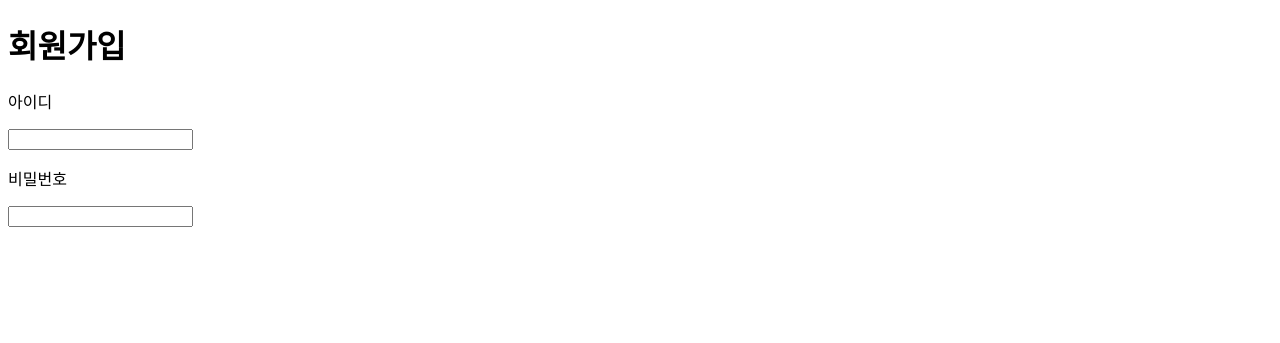
Repository: gihyun0801/post_project
Page: http://localhost/TodoList/signup
The author's editor kept a copy of each file at every save. The page is drawn from the files as they stood at one save, then again after the next save.
The browser window is 1280 px wide. The pictures show the whole page.
The page is served by Tomcat 10.

Above is the page before, as saved 2024-03-27 11:28:55.

After the next save:
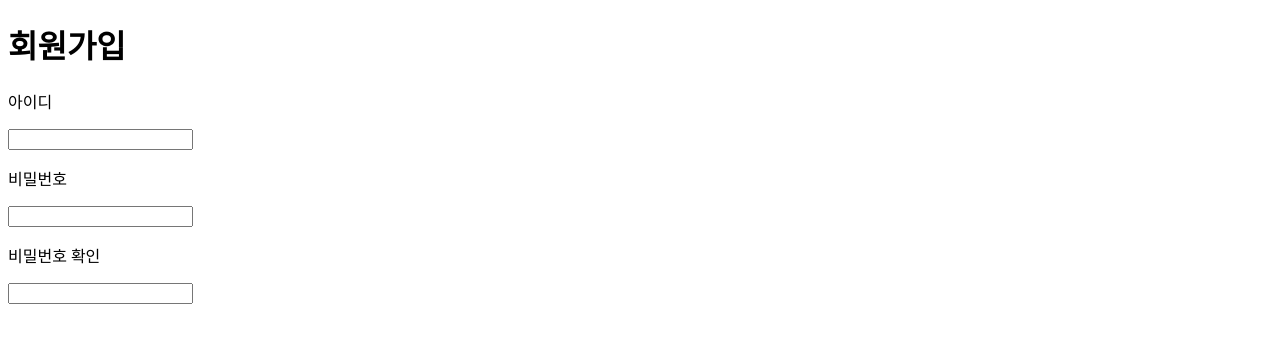
Saved 42 s later.
--- a/TodoList/src/main/webapp/WEB-INF/views/signup.jsp
+++ b/TodoList/src/main/webapp/WEB-INF/views/signup.jsp
@@ -17,7 +17,10 @@
        <input type="text" name="inputId" required autocomplete="off">
 
        <p>비밀번호</p>
-       <input type="password" name="inputPw" required required>
+       <input type="password" name="inputPw" required>
+
+       <p>비밀번호 확인</p>
+       <input type="password" name="inputPw2" required>
 
     </form>
 
